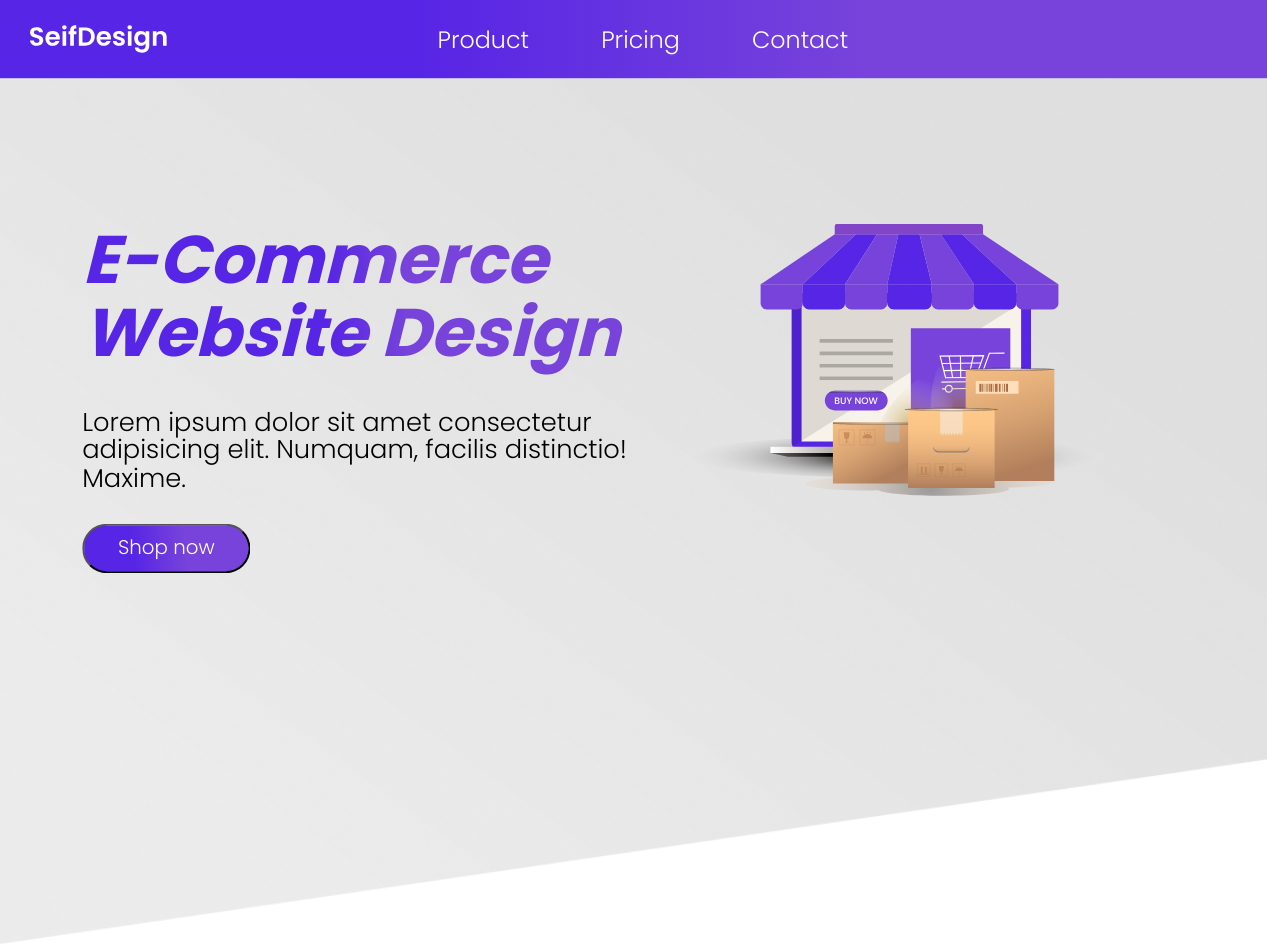
Repository: simralgasimov/newpage
Page: index.html
An editor plug-in stored every save of this project. The page is shown before and after the next save, followed by the edit.
The browser window is 1280 px wide. The pictures show the whole page, at 99% of full size.
The style sheet was rebuilt from its Sass, Less or Tailwind sources for each picture, by a compiler version that may differ from the author's.

Above is the page before, as saved 2023-12-13 14:51:47.
Not found: index.js

After the next save:
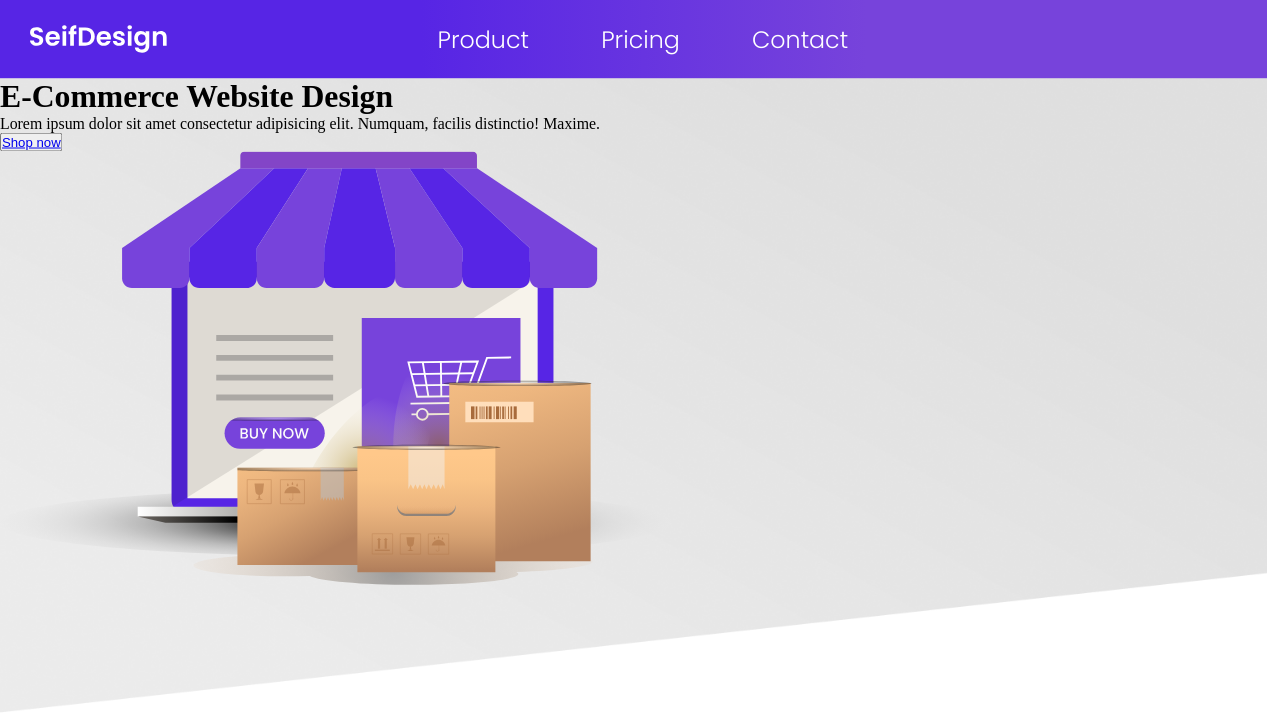
Saved 4 s later.
--- a/index.html
+++ b/index.html
@@ -23,7 +23,7 @@
         </div>
       </nav>
       <div class="shopPage">
-        <div class="page-1">
+        <div class="box-1">
           <div class="rightPage">
             <h1>E-Commerce Website Design</h1>
             <p>

After the 2 saves that followed:
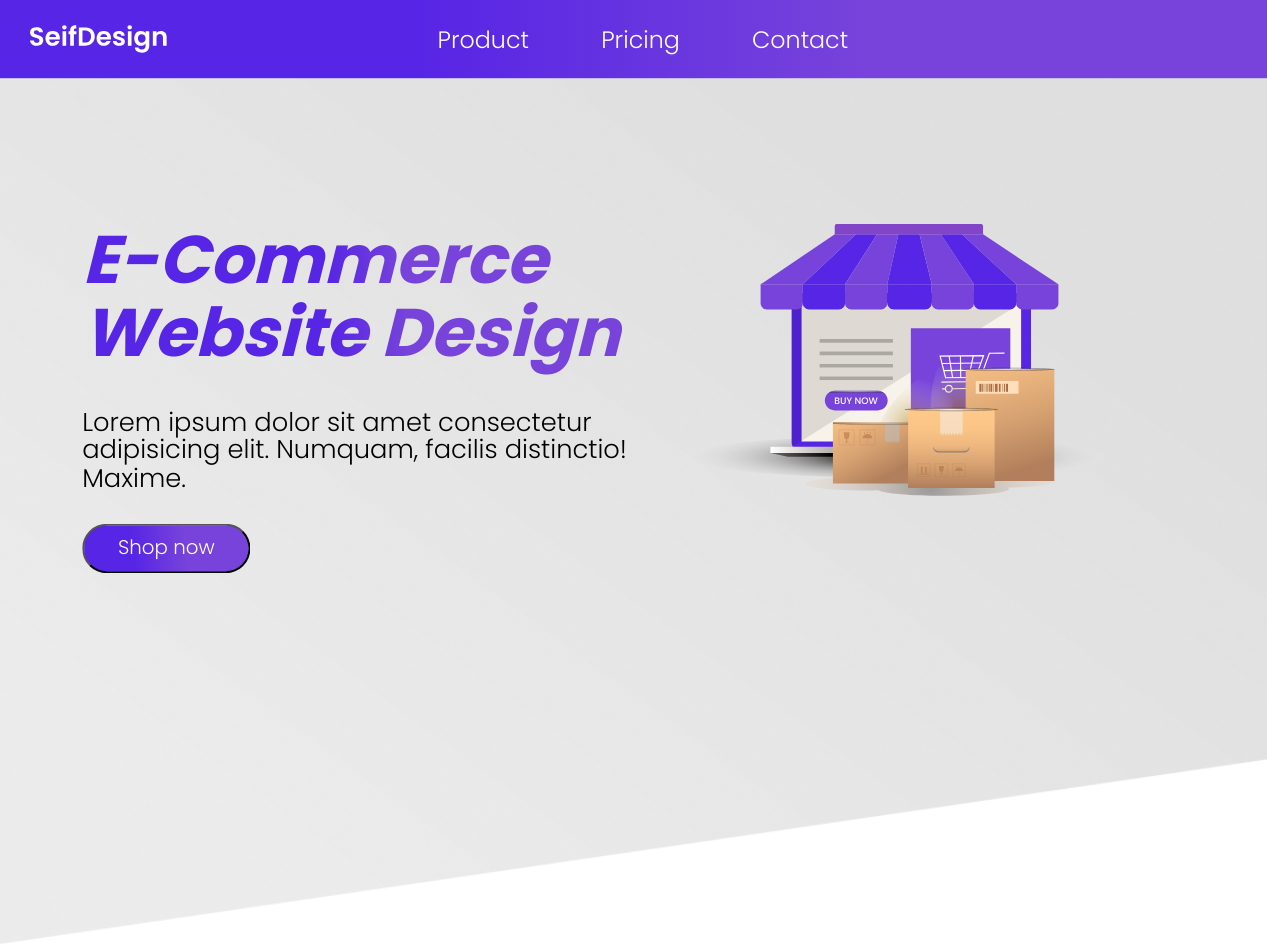
The 2 saves are shown as one change because they came seconds apart.
The last was saved 7 s later.
--- a/index.scss
+++ b/index.scss
@@ -65,10 +65,7 @@
     }
 }
 .shopPage {
-    /* position: absolute; */
-
-    /* // background-size: contain; */
-    .page-1 {
+    .box-1 {
         padding: 147px 164px 43px 83px;
         display: flex;
         justify-content: center;
